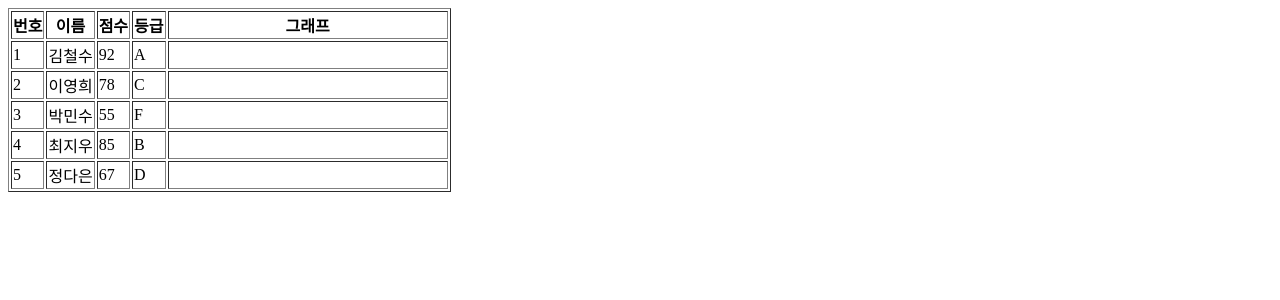
Repository: kkj68106810-dot/jsp2026
Page: http://localhost/chapter01/example_score.jsp
The author's editor kept a copy of each file at every save. The page is drawn from the files as they stood at one save, then again after a run of saves.
The browser window is 1280 px wide. The pictures show the whole page.
The page is served by Tomcat 9.

Above is the page before, as saved 2026-10-16 05:19:14.

After the next 2 saves:
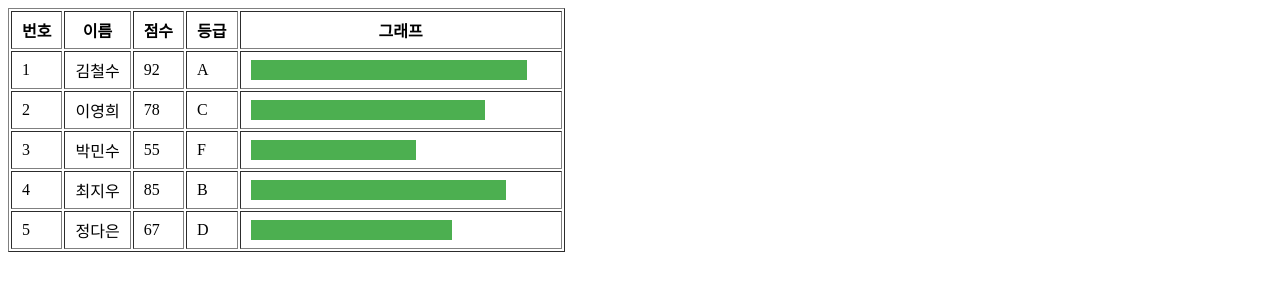
The 2 saves are shown as one change because they came seconds apart.
The last was saved 15 s later.
--- a/chapter01/src/main/webapp/example_score.jsp
+++ b/chapter01/src/main/webapp/example_score.jsp
@@ -6,10 +6,18 @@
 <meta charset="UTF-8">
 <title>Insert title here</title>
 <style>
-	tr td{
-
+	th, td {
+		padding: 6px 10px;
 	}
-
+	/* 그래프 영역(td)과 막대(div) 스타일 지정 */
+	td.score {
+		width: 300px;
+		text-align: left;
+	}
+	td.score div {
+		height: 20px;               /* 높이가 있어야 화면에 보임 */
+		background-color: #4CAF50;  /* 막대 색상 지정 */
+	}
 </style>
 
 </head>
